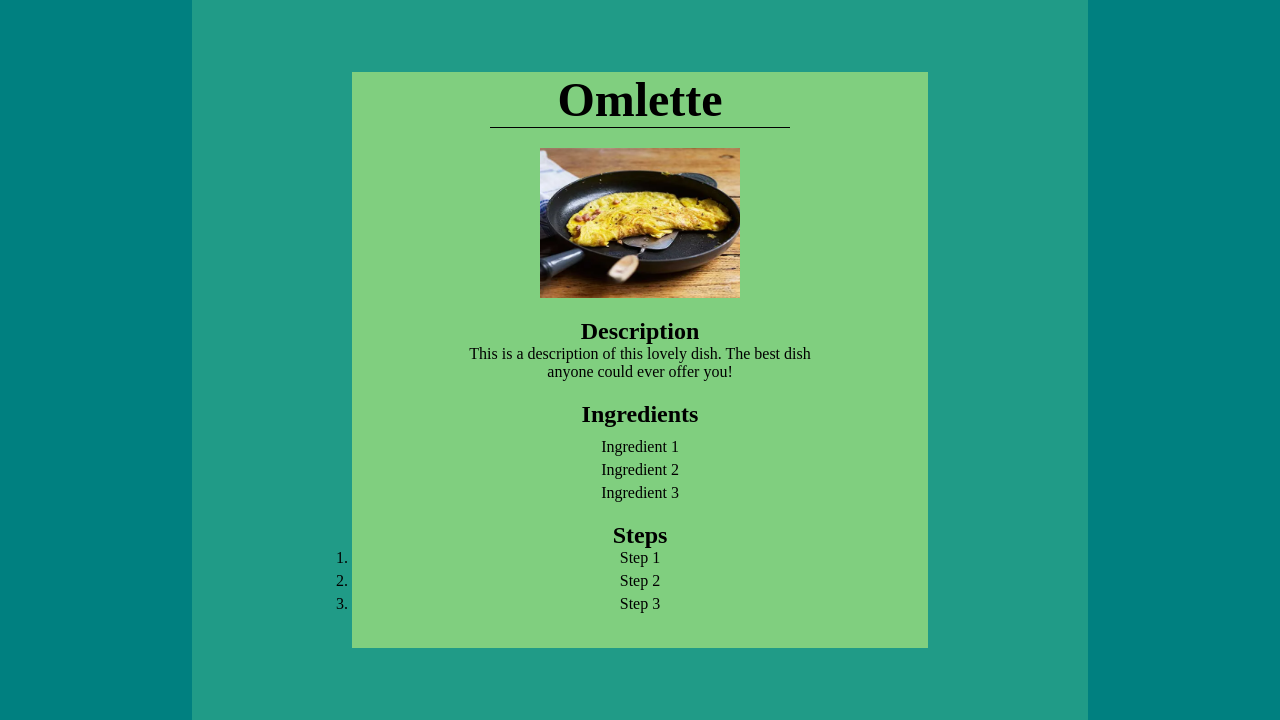
Repository: Pafestivo/odin-recipes
Page: recipes/omlette.html
An editor plug-in stored every save of this project. The page is shown before and after the next save, followed by the edit.
The browser window is 1280 px wide. The pictures show the whole page.

Above is the page before, as saved 2022-09-24 12:59:19.

After the next save:
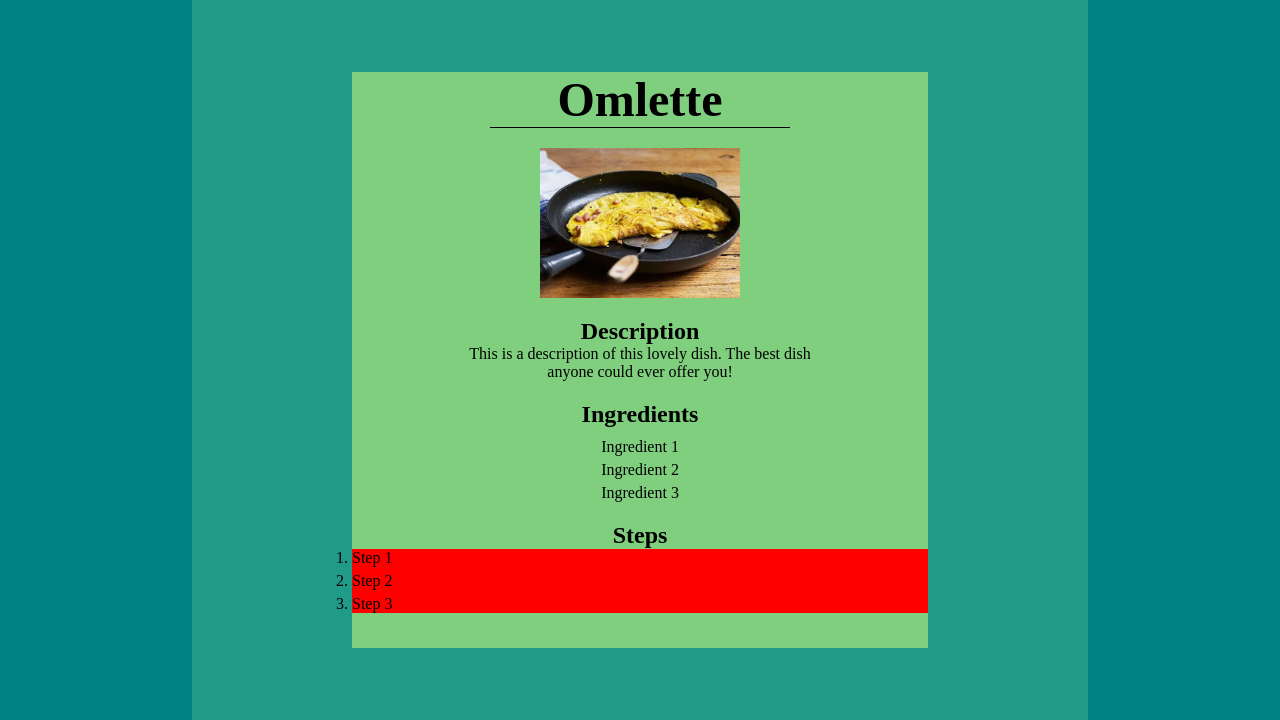
Saved 12 s later.
--- a/css/recipe-styles.css
+++ b/css/recipe-styles.css
@@ -64,5 +64,5 @@ li {
 }
 
 ol {
-  text-align: center;
+  background-color: red;
 }
